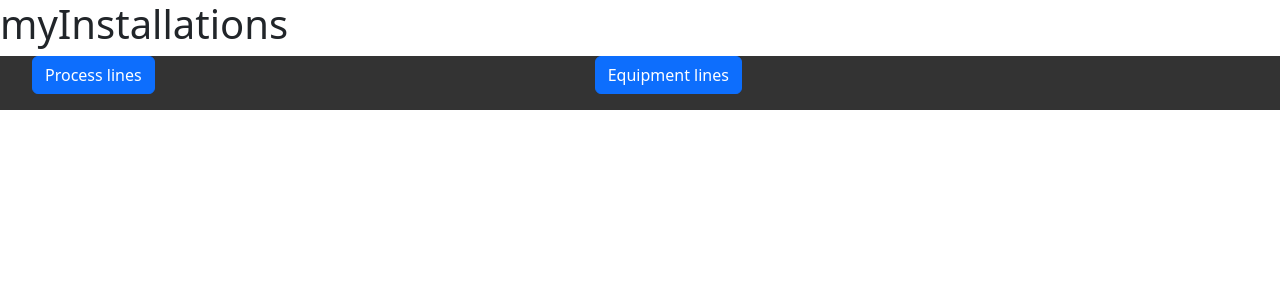
Repository: sreech465/evin3
Page: /equipment
These files come from the project's save history. The page is drawn as it stood at one moment and after the next save; the edit follows.
The browser window is 1280 px wide. The pictures show the whole page.
The page's requests for data from a server got no answer. The project was rebuilt for these pictures with package versions that can differ from the ones it lists, and the page was loaded fresh each time. No one was signed in, and anything a server would have sent is missing. Also part of the build but not shown: src/Login.js, src/Display.js, src/Details.js, src/CustomSearchBar.js, src/Process.js, src/Learning.js, src/ProcessDetails.js, src/EquipDetails.js.

Above is the page before, as saved 2022-10-29 08:13:12.

### src/index.js
import React from "react";
import ReactDOM from "react-dom/client";
import "./index.css";
import App from "./App";
import reportWebVitals from "./reportWebVitals";
import { Provider } from "react-redux";
import store from "./store";
import "bootstrap/dist/css/bootstrap.min.css";
const root = ReactDOM.createRoot(document.getElementById("root"));
root.render(
  <React.StrictMode>
    <Provider store={store}>
      <App />
    </Provider>
  </React.StrictMode>
);

// If you want to start measuring performance in your app, pass a function
// to log results (for example: reportWebVitals(console.log))
// or send to an analytics endpoint. Learn more: https://bit.ly/CRA-vitals
reportWebVitals();

### src/App.js
import React from "react";
import { Routes, Route } from "react-router-dom";
import { BrowserRouter } from "react-router-dom";
import Login from "./Login";
import Display from "./Display";
import Details from "./Details";
import Process from "./Process";
import Equipment from "./Equipment";
import Learning from "./Learning";
import ProcessDetails from "./ProcessDetails";
import EquipDetails from "./EquipDetails";

const App = () => {
  return (
    <div className="App">
      <BrowserRouter>
        <Routes>
          <Route path="/" element={<Login />} />
          <Route path="/display" element={<Display />} />
          <Route path="/details" element={<Details />} />
          <Route path="/pdetails" element={<Process />} />
          <Route path="/elearning" element={<Learning />} />
          <Route path="/equipment" element={<Equipment />} />
          <Route path="/pdetails/:id" element={<ProcessDetails />} />
          <Route path="/equipment/:id" element={<EquipDetails />} />
        </Routes>
      </BrowserRouter>
    </div>
  );
};

export default App;

### src/store.js
import { applyMiddleware, createStore } from "redux";
import thunk from "redux-thunk";

import { singleReducer } from "./combineReducer";

const store = createStore(singleReducer, applyMiddleware(thunk));

export default store;

### src/Equipment.js
import React, { useEffect } from "react";
import { useSelector, useDispatch } from "react-redux";
import { getEquipmentDetails } from "./Actions";
import Headertabs from "./Headertabs";
import { Link } from "react-router-dom";

const Equipment = () => {
  const dispatch = useDispatch();

  const access_token = useSelector(
    (state) => state.LoginReducer.auth.access_token
  );

  const EquipmentList = useSelector((state) => state.EquipmentReducer.Data102);
  console.log(EquipmentList);

  useEffect(() => {
    dispatch(getEquipmentDetails(access_token));
  }, []);

  return (
    <>
      <Headertabs />
      {/* <div>
        <Routes>
          <Route path="/equipment" element={<Equipment />} />
        </Routes>
      </div> */}

      <>
        {EquipmentList &&
          EquipmentList.data.results.length > 0 &&
          EquipmentList.data.results.map((element) => {
            return (
              <>
                <div class="card" style={{ display: "flex" }}>
                  <img
                    style={{ width: 70, height: 40 }}
                    class="card-img-top"
                    src={element.equipment_image}
                    alt="Card image cap"
                  />
                  <div class="card-body">
                    <h5 class="card-title">{element.equipment_id}</h5>
                    <p class="card-text">
                      {element.line_org_location} {element.installed_by_name}.
                    </p>
                    <Link to={`/equipment/${element.id}`}>
                      <button class="btn btn-primary">Details</button>
                    </Link>
                  </div>
                </div>
              </>
            );
          })}
      </>
      {/* ) : ( "loading" ); */}
    </>
  );
};

export default Equipment;

### src/combineReducer.js
import { combineReducers } from "redux";
import {
  equipmentReducer,
  equipmentReducer1,
  LoginReducer,
  processReducer,
  processReducer1,
  projectReducer,
} from "./Reducer";

export const singleReducer = combineReducers({
  LoginReducer: LoginReducer,
  ProjectReducer: projectReducer,
  ProcessReducer: processReducer,
  ProcessReducer1: processReducer1,
  EquipmentReducer: equipmentReducer,
  EquipmentReducer1: equipmentReducer1,
});

### src/Actions.js
import axios from "axios";

import {
  LOGIN_SUCESS,
  PROCESS_SUCESS,
  PROJECT_SUCESSC,
  EQUIPMENT_SUCESS,
  EQUIPMENT_SUCESSC,
  PROJECT_SUCESS,
} from "./types";

const apiBaseUrl = "http://52.139.224.15:81/account/";
const adminbaseurl = "http://52.139.224.15:81/";
const baseUrl = "http://52.139.224.15:81/account/login/";

export const loginAction = (username, password, navigate) => {
  console.log(username, password, "action");
  return async (dispatch) => {
    const formData = {
      username: username,
      password: password,
    };

    try {
      await axios.post(baseUrl, formData).then((response) => {
        console.log("response from api", response.data);
        if (response.status == 200) {
          dispatch({ type: LOGIN_SUCESS, payload: response.data });
          navigate("/display");
        }
      });
    } catch (err) {
      console.log(err);
    }
  };
};

export const getProjectDetails = (access_token) => {
  console.log(access_token);
  return async (dispatch) => {
    let config = {
      headers: { Authorization: `Bearer ${access_token}` },
    };

    try {
      await axios
        .get(
          "http://52.139.224.15:81/my_project_list/?search=&page=1&ordering=-id&project_status=&solution_org=",
          config
        )
        .then((response) => {
          console.log("response from api", response);
          if (response.status == 200) {
            dispatch({ type: PROCESS_SUCESS, payload: response });
          }
        });
    } catch (err) {
      console.log(err);
    }
  };
};

export const getProcesslines = (access_token) => {
  console.log(access_token);
  return async (dispatch) => {
    let config = {
      headers: { Authorization: `Bearer ${access_token}` },
    };

    try {
      await axios
        .get(
          "http://52.139.224.15:81/end_user/process_line/?primary_product=all&org_location=&query=&page=1&sort_by=-id&installed_by=",
          config
        )
        .then((response) => {
          console.log("response from api", response);
          if (response.status == 200) {
            dispatch({ type: PROJECT_SUCESS, payload: response });
          }
        });
    } catch (err) {
      console.log(err);
    }
  };
};

export const getProcesslines1 = (access_token, id) => {
  console.log(access_token);
  console.log(id);

  return async (dispatch) => {
    let config = {
      headers: { Authorization: `Bearer ${access_token}` },
    };

    try {
      await axios
        .get(
          `http://52.139.224.15:81/end_user/process_line/?line_id=${id}`,
          config
        )
        .then((response) => {
          console.log("response from api", response);
          if (response.status == 200) {
            dispatch({ type: PROJECT_SUCESSC, payload: response });
          }
        });
    } catch (err) {
      console.log(err);
    }
  };
};

export const getEquipmentDetails = (access_token) => {
  console.log(access_token);
  return async (dispatch) => {
    let config = {
      headers: { Authorization: `Bearer ${access_token}` },
    };

    try {
      await axios
        .get(
          "http://52.139.224.15:81/tagged_equipment_list/?search=&page=1&ordering=-status&process_line__org_location__name=&process_line__name=&system=&oem_org_id=&process_line__primary_product_ref__name=&equipment_select=&process_line__installed_by=",
          config
        )
        .then((response) => {
          console.log("response from api", response);
          if (response.status == 200) {
            dispatch({ type: EQUIPMENT_SUCESS, payload: response });
          }
        });
    } catch (err) {
      console.log(err);
    }
  };
};

export const getEquipmentDetails1 = (access_token, id) => {
  console.log(access_token);
  console.log(id);
  return async (dispatch) => {
    let config = {
      headers: { Authorization: `Bearer ${access_token}` },
    };

    try {
      await axios
        .get(
          `http://52.139.224.15:81/tagged_equipment_list/?installed_equipment_id=${id}`,
          config
        )
        .then((response) => {
          console.log("response from api", response);
          if (response.status == 200) {
            dispatch({ type: EQUIPMENT_SUCESSC, payload: response });
          }
        });
    } catch (err) {
      console.log(err);
    }
  };
};

### src/Headertabs.js
import React from "react";
import "./styles.css";
import { Link } from "react-router-dom";

const Headertabs = () => {
  return (
    <>
      <h1>myInstallations</h1>
      <nav className="nav">
        <ul
          style={{
            textDecoration: "none",
            display: "flex",
            justifyContent: "space-around",
          }}
        >
          <li style={{ listStyleType: "none" }}>
            <Link to="/pdetails">
              <button className="btn btn-primary">Process lines</button>
            </Link>
          </li>
          <li style={{ listStyleType: "none", marginLeft: 440 }}>
            <Link to="/equipment">
              <button className="btn btn-primary">Equipment lines</button>
            </Link>
          </li>
        </ul>
      </nav>
    </>
  );
};

export default Headertabs;

### src/Reducer.js
import {
  EQUIPMENT_SUCESS,
  EQUIPMENT_SUCESSC,
  LOGIN_SUCESS,
  PROCESS_SUCESS,
  PROJECT_SUCESS,
  PROJECT_SUCESSC,
} from "./types";
const initialState = {
  auth: {
    access_token: "",
    username: "",
    role_permissions: [],
  },
  Data100: "",
};

export const LoginReducer = (state = initialState, action) => {
  // console.log(action);

  switch (action.type) {
    case LOGIN_SUCESS:
      return {
        ...state,

        auth: action.payload,
      };

    default:
      return state;
  }
};

export const projectReducer = (state = initialState, action) => {
  // console.log(action);

  switch (action.type) {
    case PROCESS_SUCESS:
      return {
        ...state,

        Data100: action.payload,
      };

    default:
      return state;
  }
};

export const processReducer = (state = initialState, action) => {
  // console.log(action);

  switch (action.type) {
    case PROJECT_SUCESS:
      return {
        ...state,

        Data101: action.payload,
      };

    default:
      return state;
  }
};

export const processReducer1 = (state = initialState, action) => {
  // console.log(action);

  switch (action.type) {
    case PROJECT_SUCESSC:
      return {
        ...state,

        TOM: action.payload,
      };

    default:
      return state;
  }
};

export const equipmentReducer = (state = initialState, action) => {
  // console.log(action);

  switch (action.type) {
    case EQUIPMENT_SUCESS:
      return {
        ...state,

        Data102: action.payload,
      };

    default:
      return state;
  }
};

export const equipmentReducer1 = (state = initialState, action) => {
  // console.log(action);

  switch (action.type) {
    case EQUIPMENT_SUCESSC:
      return {
        ...state,

        JERRY: action.payload,
      };

    default:
      return state;
  }
};

### src/types.js
export const LOGIN_SUCESS = "LOGIN_SUCESS";
export const PROCESS_SUCESS = "PROCESS_SUCESS";
export const PROJECT_SUCESS = "PROJECT_SUCESS";
export const EQUIPMENT_SUCESS = "EQUIPMENT_SUCESS";
export const EQUIPMENT_SUCESSC = "EQUIPMENT_SUCESSC";
export const PROJECT_SUCESSC = "PROJECT_SUCESSC";

### src/styles.css
* {
    box-sizing: border-box;
}

body {
    margin:0;

}

.nav {
    background-color: #333;
    color:white;
    display: flex;
    justify-content: space-between;
    align-items: center;
    gap: 2rem;
    padding: 0 1rem;
}

.nav a {
    color:inherit
}

Loaded but not shown: public/index.html (common file); src/index.css (common file); src/reportWebVitals.js (common file)

After the next save:
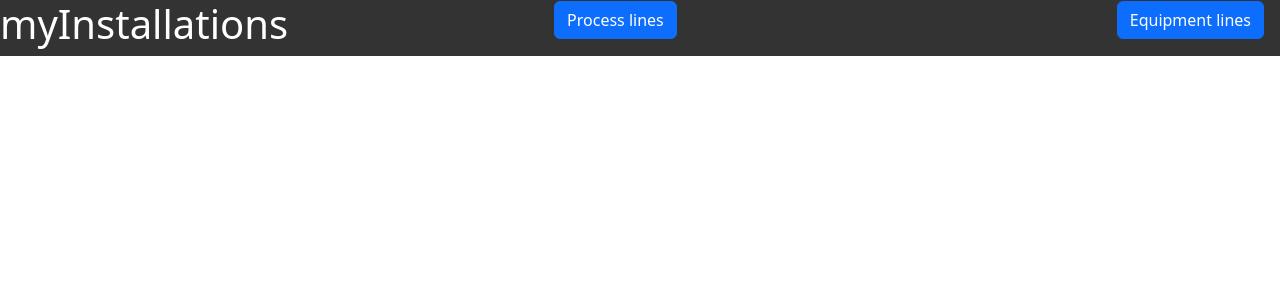
Saved 22 s later.
--- a/src/Headertabs.js
+++ b/src/Headertabs.js
@@ -5,8 +5,8 @@ import { Link } from "react-router-dom";
 const Headertabs = () => {
   return (
     <>
-      <h1>myInstallations</h1>
       <nav className="nav">
+        <h1>myInstallations</h1>
         <ul
           style={{
             textDecoration: "none",
